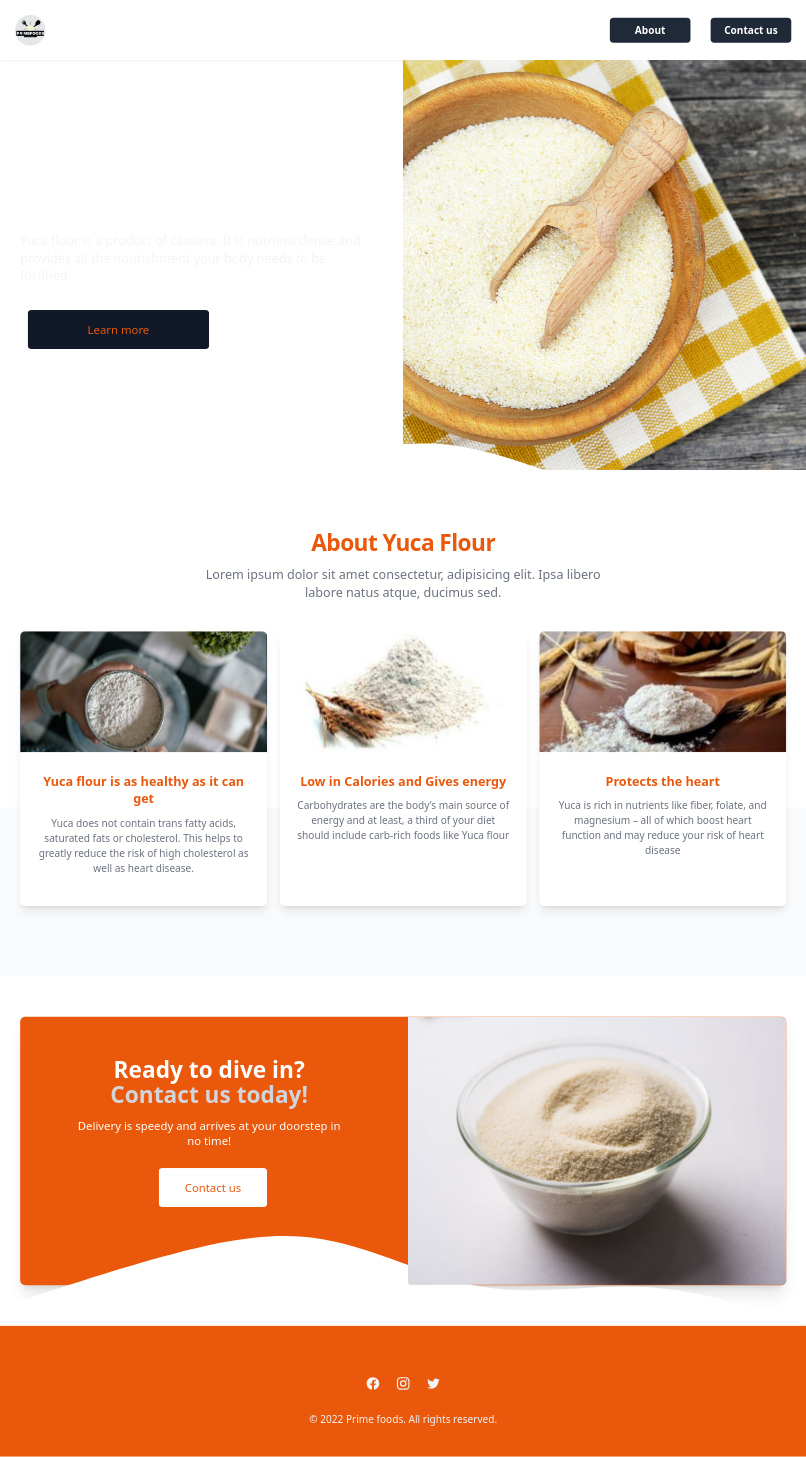
Repository: bellatrick/prime-foods
Page: /
The author's editor kept a copy of each file at every save. The page is drawn from the files as they stood at one save, then again after the next save.
The browser window is 1280 px wide. The pictures show the whole page, at 63% of full size.
Some web fonts or font styles are not loaded; a fallback is used. The project was rebuilt for these pictures with package versions that can differ from the ones it lists, and the page was loaded fresh each time.

Above is the page before, as saved 2022-05-01 11:41:58.

After the next save:
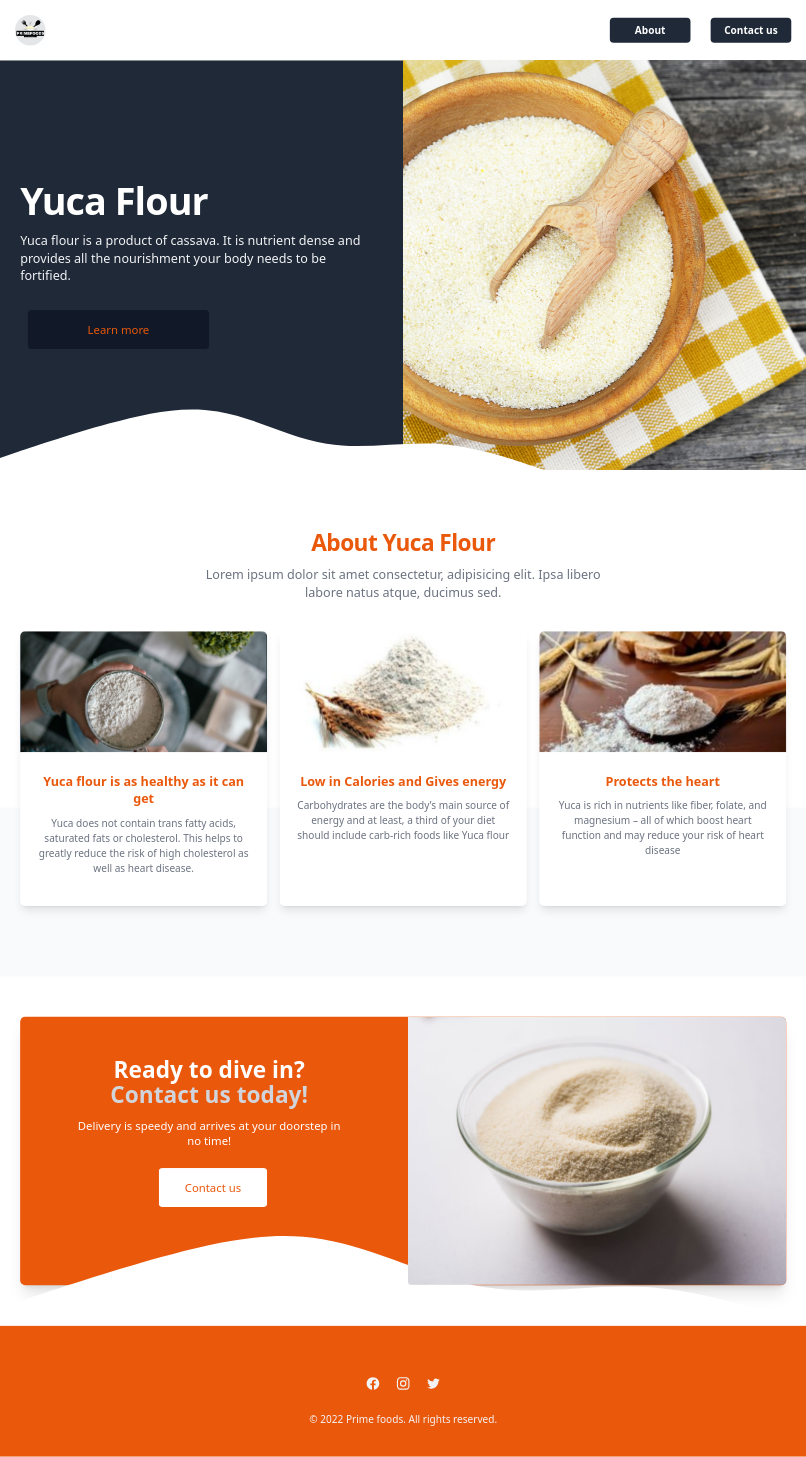
Saved 4 s later.
--- a/src/components/Hero.jsx
+++ b/src/components/Hero.jsx
@@ -5,7 +5,7 @@
 
 export default function Example() {
   return (
-    <div className="relative bg-w">
+    <div className="relative bg-gray-800">
       <Popover className="relative bg-white shadow">
         <div className="max-w-7xl mx-auto px-4 sm:px-6">
           <div className="flex justify-between items-center py-6  md:space-x-10">

After the save that followed:
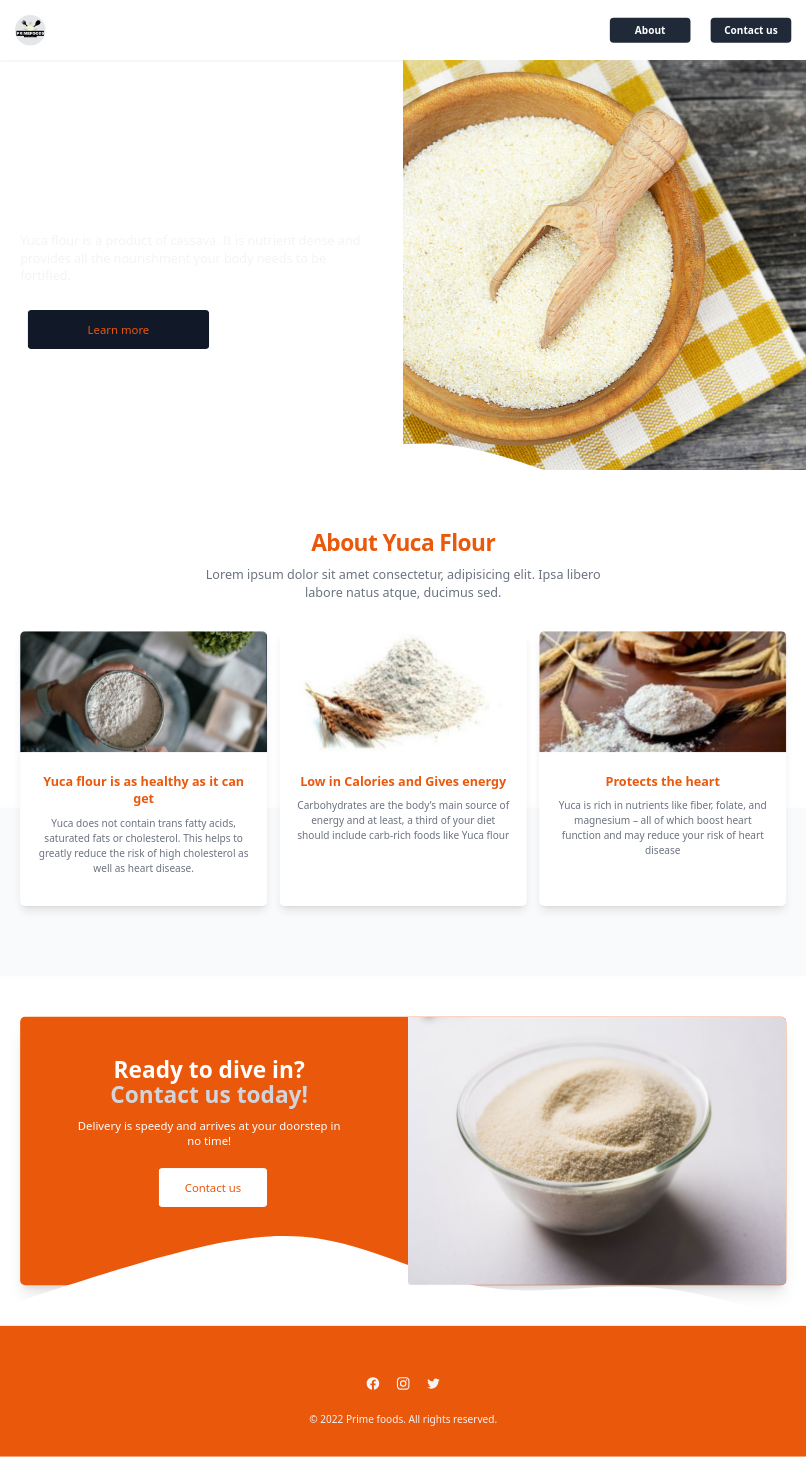
Saved 36 s later.
--- a/src/components/Hero.jsx
+++ b/src/components/Hero.jsx
@@ -5,7 +5,7 @@
 
 export default function Example() {
   return (
-    <div className="relative bg-gray-800">
+    <div className="relative bg-[]">
       <Popover className="relative bg-white shadow">
         <div className="max-w-7xl mx-auto px-4 sm:px-6">
           <div className="flex justify-between items-center py-6  md:space-x-10">
